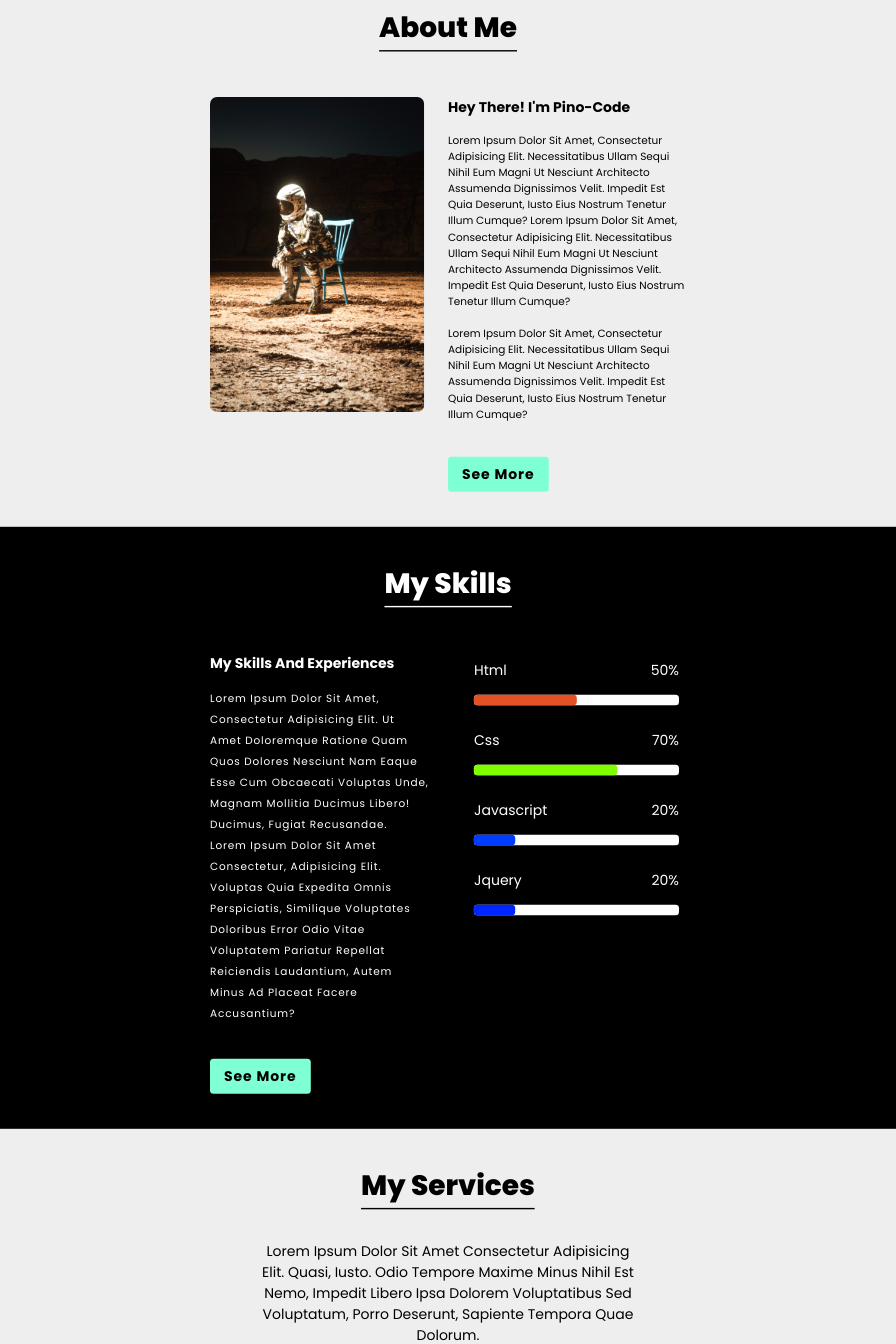
Repository: Pinocoding/New
Page: index.html
The author's editor kept a copy of each file at every save. The page is drawn from the files as they stood at one save, then again after the next save.
The browser window is 1280 px wide. The pictures show the part of the page from y = 761 to 2681 px (the page is 7460 px tall before and 7346 px after), at 70% of full size.
Backgrounds fixed to the window are drawn as part of the page.

Above is the page before, as saved 2021-10-16 13:00:54.

After the next save:
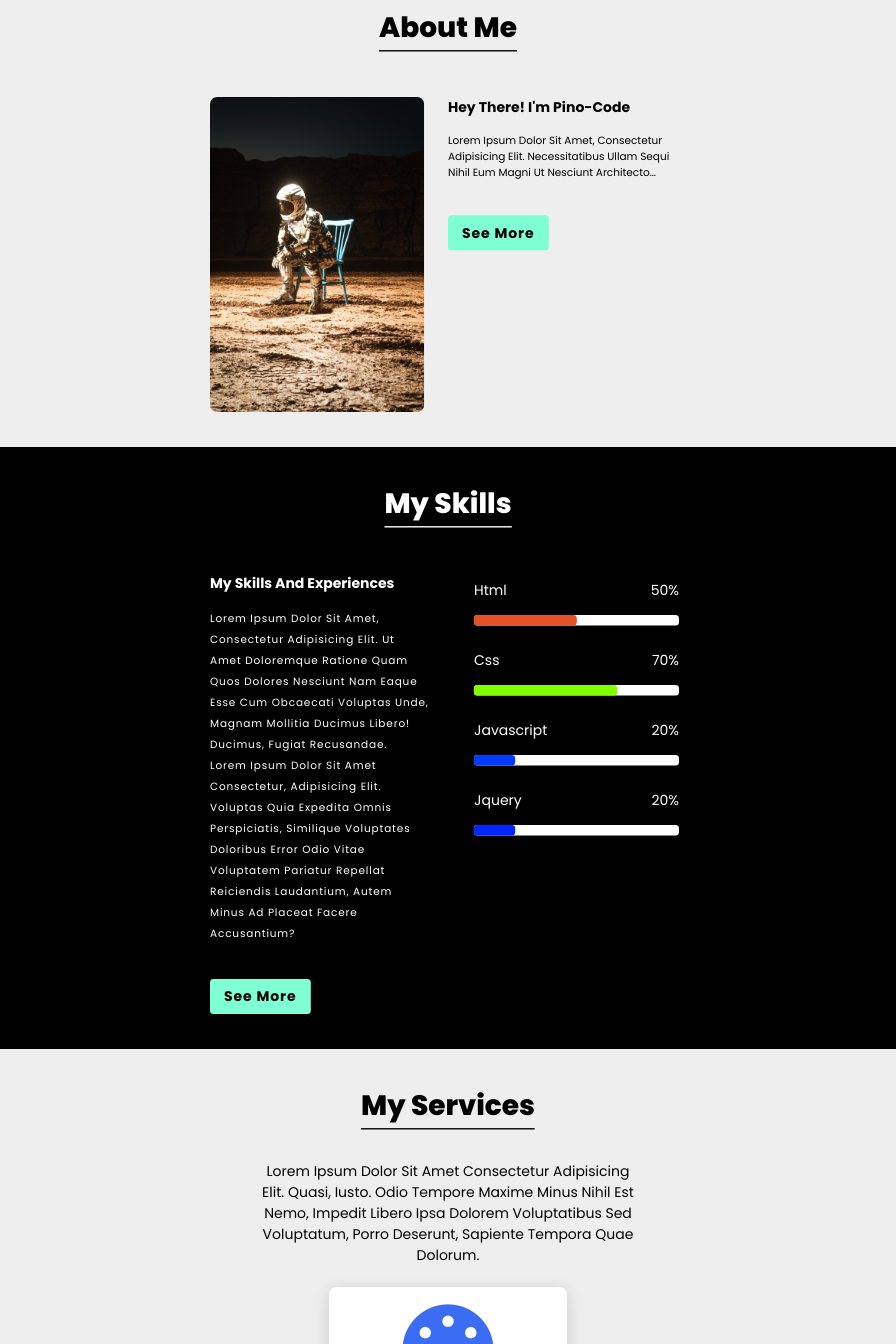
Saved 16 s later.
--- a/style.css
+++ b/style.css
@@ -638,11 +638,10 @@ section {
   margin-bottom: 2rem;
 }
 .about .content .col-right p {
-  overflow: hidden; // ẩn các nội dung khi kích thước lớn hơn chiều rộng khối bên ngoài
-    text-overflow: ellipsis; //thêm 3 dấu chấm ở cuối
-    -webkit-line-clamp: 3;// số dòng muốn hiển thị
-    -webkit-box-orient: vertical;
-     display: -webkit-box;
-
-}
-/*  */
+  overflow: hidden;
+  text-overflow: ellipsis;
+  -webkit-line-clamp: 3;
+  -webkit-box-orient: vertical;
+  display: -webkit-box;
+}
+/*  */
